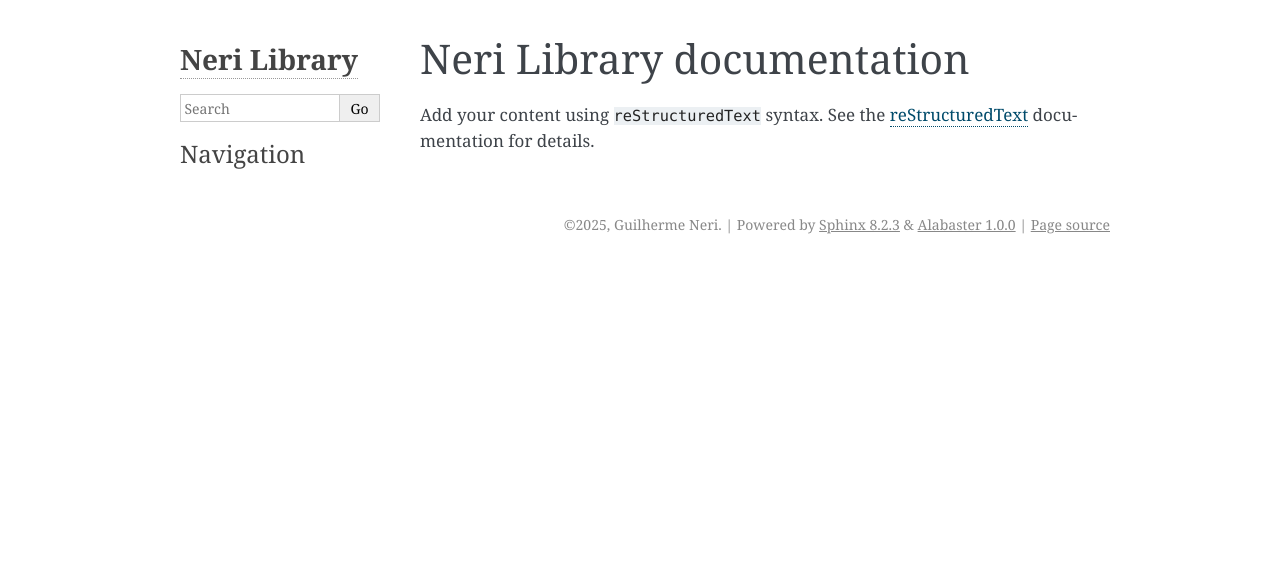
Repository: NeriAzv/Neri-Library
Page: docs/_build/html/index.html
An editor plug-in stored every save of this project. The page is shown before and after the next save, followed by the edit.
The browser window is 1280 px wide. The pictures show the whole page.

Above is the page before, as saved 2025-03-20 16:04:05.

### docs/_build/html/index.html
<!DOCTYPE html>

<html lang="en" data-content_root="./">
  <head>
    <meta charset="utf-8" />
    <meta name="viewport" content="width=device-width, initial-scale=1.0" /><meta name="viewport" content="width=device-width, initial-scale=1" />

    <title>Neri Library documentation &#8212; Neri Library 0.2.0 documentation</title>
    <link rel="stylesheet" type="text/css" href="_static/pygments.css?v=5ecbeea2" />
    <link rel="stylesheet" type="text/css" href="_static/basic.css?v=b08954a9" />
    <link rel="stylesheet" type="text/css" href="_static/alabaster.css?v=27fed22d" />
    <script src="_static/documentation_options.js?v=938c9ccc"></script>
    <script src="_static/doctools.js?v=9bcbadda"></script>
    <script src="_static/sphinx_highlight.js?v=dc90522c"></script>
    <link rel="index" title="Index" href="genindex.html" />
    <link rel="search" title="Search" href="search.html" />

  <link rel="stylesheet" href="_static/custom.css" type="text/css" />





  </head><body>


    <div class="document">
      <div class="documentwrapper">
        <div class="bodywrapper">


          <div class="body" role="main">

  <section id="neri-library-documentation">
<h1>Neri Library documentation<a class="headerlink" href="#neri-library-documentation" title="Link to this heading">¶</a></h1>
<p>Add your content using <code class="docutils literal notranslate"><span class="pre">reStructuredText</span></code> syntax. See the
<a class="reference external" href="https://www.sphinx-doc.org/en/master/usage/restructuredtext/index.html">reStructuredText</a>
documentation for details.</p>
<div class="toctree-wrapper compound">
</div>
</section>


          </div>

        </div>
      </div>
      <div class="sphinxsidebar" role="navigation" aria-label="Main">
        <div class="sphinxsidebarwrapper">
<h1 class="logo"><a href="#">Neri Library</a></h1>









<search id="searchbox" style="display: none" role="search">
    <div class="searchformwrapper">
    <form class="search" action="search.html" method="get">
      <input type="text" name="q" aria-labelledby="searchlabel" autocomplete="off" autocorrect="off" autocapitalize="off" spellcheck="false" placeholder="Search"/>
      <input type="submit" value="Go" />
    </form>
    </div>
</search>
<script>document.getElementById('searchbox').style.display = "block"</script><h3>Navigation</h3>

<div class="relations">
<h3>Related Topics</h3>
<ul>
  <li><a href="#">Documentation overview</a><ul>
  </ul></li>
</ul>
</div>








        </div>
      </div>
      <div class="clearer"></div>
    </div>
    <div class="footer">
      &#169;2025, Guilherme Neri.

      |
      Powered by <a href="https://www.sphinx-doc.org/">Sphinx 8.2.3</a>
      &amp; <a href="https://alabaster.readthedocs.io">Alabaster 1.0.0</a>

      |
      <a href="_sources/index.rst.txt"
          rel="nofollow">Page source</a>
    </div>




  </body>
</html>

### docs/_build/html/_static/pygments.css
pre { line-height: 125%; }
td.linenos .normal { color: inherit; background-color: transparent; padding-left: 5px; padding-right: 5px; }
span.linenos { color: inherit; background-color: transparent; padding-left: 5px; padding-right: 5px; }
td.linenos .special { color: #000000; background-color: #ffffc0; padding-left: 5px; padding-right: 5px; }
span.linenos.special { color: #000000; background-color: #ffffc0; padding-left: 5px; padding-right: 5px; }
.highlight .hll { background-color: #ffffcc }
.highlight { background: #f8f8f8; }
.highlight .c { color: #8F5902; font-style: italic } /* Comment */
.highlight .err { color: #A40000; border: 1px solid #EF2929 } /* Error */
.highlight .g { color: #000 } /* Generic */
.highlight .k { color: #004461; font-weight: bold } /* Keyword */
.highlight .l { color: #000 } /* Literal */
.highlight .n { color: #000 } /* Name */
.highlight .o { color: #582800 } /* Operator */
.highlight .x { color: #000 } /* Other */
.highlight .p { color: #000; font-weight: bold } /* Punctuation */
.highlight .ch { color: #8F5902; font-style: italic } /* Comment.Hashbang */
.highlight .cm { color: #8F5902; font-style: italic } /* Comment.Multiline */
.highlight .cp { color: #8F5902 } /* Comment.Preproc */
.highlight .cpf { color: #8F5902; font-style: italic } /* Comment.PreprocFile */
.highlight .c1 { color: #8F5902; font-style: italic } /* Comment.Single */
.highlight .cs { color: #8F5902; font-style: italic } /* Comment.Special */
.highlight .gd { color: #A40000 } /* Generic.Deleted */
.highlight .ge { color: #000; font-style: italic } /* Generic.Emph */
.highlight .ges { color: #000 } /* Generic.EmphStrong */
.highlight .gr { color: #EF2929 } /* Generic.Error */
.highlight .gh { color: #000080; font-weight: bold } /* Generic.Heading */
.highlight .gi { color: #00A000 } /* Generic.Inserted */
.highlight .go { color: #888 } /* Generic.Output */
.highlight .gp { color: #745334 } /* Generic.Prompt */
.highlight .gs { color: #000; font-weight: bold } /* Generic.Strong */
.highlight .gu { color: #800080; font-weight: bold } /* Generic.Subheading */
.highlight .gt { color: #A40000; font-weight: bold } /* Generic.Traceback */
.highlight .kc { color: #004461; font-weight: bold } /* Keyword.Constant */
.highlight .kd { color: #004461; font-weight: bold } /* Keyword.Declaration */
.highlight .kn { color: #004461; font-weight: bold } /* Keyword.Namespace */
.highlight .kp { color: #004461; font-weight: bold } /* Keyword.Pseudo */
.highlight .kr { color: #004461; font-weight: bold } /* Keyword.Reserved */
.highlight .kt { color: #004461; font-weight: bold } /* Keyword.Type */
.highlight .ld { color: #000 } /* Literal.Date */
.highlight .m { color: #900 } /* Literal.Number */
.highlight .s { color: #4E9A06 } /* Literal.String */
.highlight .na { color: #C4A000 } /* Name.Attribute */
.highlight .nb { color: #004461 } /* Name.Builtin */
.highlight .nc { color: #000 } /* Name.Class */
.highlight .no { color: #000 } /* Name.Constant */
.highlight .nd { color: #888 } /* Name.Decorator */
.highlight .ni { color: #CE5C00 } /* Name.Entity */
.highlight .ne { color: #C00; font-weight: bold } /* Name.Exception */
.highlight .nf { color: #000 } /* Name.Function */
.highlight .nl { color: #F57900 } /* Name.Label */
.highlight .nn { color: #000 } /* Name.Namespace */
.highlight .nx { color: #000 } /* Name.Other */
.highlight .py { color: #000 } /* Name.Property */
.highlight .nt { color: #004461; font-weight: bold } /* Name.Tag */
.highlight .nv { color: #000 } /* Name.Variable */
.highlight .ow { color: #004461; font-weight: bold } /* Operator.Word */
.highlight .pm { color: #000; font-weight: bold } /* Punctuation.Marker */
.highlight .w { color: #F8F8F8 } /* Text.Whitespace */
.highlight .mb { color: #900 } /* Literal.Number.Bin */
.highlight .mf { color: #900 } /* Literal.Number.Float */
.highlight .mh { color: #900 } /* Literal.Number.Hex */
.highlight .mi { color: #900 } /* Literal.Number.Integer */
.highlight .mo { color: #900 } /* Literal.Number.Oct */
.highlight .sa { color: #4E9A06 } /* Literal.String.Affix */
.highlight .sb { color: #4E9A06 } /* Literal.String.Backtick */
.highlight .sc { color: #4E9A06 } /* Literal.String.Char */
.highlight .dl { color: #4E9A06 } /* Literal.String.Delimiter */
.highlight .sd { color: #8F5902; font-style: italic } /* Literal.String.Doc */
.highlight .s2 { color: #4E9A06 } /* Literal.String.Double */
.highlight .se { color: #4E9A06 } /* Literal.String.Escape */
.highlight .sh { color: #4E9A06 } /* Literal.String.Heredoc */
.highlight .si { color: #4E9A06 } /* Literal.String.Interpol */
.highlight .sx { color: #4E9A06 } /* Literal.String.Other */
.highlight .sr { color: #4E9A06 } /* Literal.String.Regex */
.highlight .s1 { color: #4E9A06 } /* Literal.String.Single */
.highlight .ss { color: #4E9A06 } /* Literal.String.Symbol */
.highlight .bp { color: #3465A4 } /* Name.Builtin.Pseudo */
.highlight .fm { color: #000 } /* Name.Function.Magic */
.highlight .vc { color: #000 } /* Name.Variable.Class */
.highlight .vg { color: #000 } /* Name.Variable.Global */
.highlight .vi { color: #000 } /* Name.Variable.Instance */
.highlight .vm { color: #000 } /* Name.Variable.Magic */
.highlight .il { color: #900 } /* Literal.Number.Integer.Long */

### docs/_build/html/_static/alabaster.css
/* -- page layout ----------------------------------------------------------- */

body {
    font-family: Georgia, serif;
    font-size: 17px;
    background-color: #fff;
    color: #000;
    margin: 0;
    padding: 0;
}


div.document {
    width: 940px;
    margin: 30px auto 0 auto;
}

div.documentwrapper {
    float: left;
    width: 100%;
}

div.bodywrapper {
    margin: 0 0 0 220px;
}

div.sphinxsidebar {
    width: 220px;
    font-size: 14px;
    line-height: 1.5;
}

hr {
    border: 1px solid #B1B4B6;
}

div.body {
    background-color: #fff;
    color: #3E4349;
    padding: 0 30px 0 30px;
}

div.body > .section {
    text-align: left;
}

div.footer {
    width: 940px;
    margin: 20px auto 30px auto;
    font-size: 14px;
    color: #888;
    text-align: right;
}

div.footer a {
    color: #888;
}

p.caption {
    font-family: inherit;
    font-size: inherit;
}


div.relations {
    display: none;
}


div.sphinxsidebar {
    max-height: 100%;
    overflow-y: auto;
}

div.sphinxsidebar a {
    color: #444;
    text-decoration: none;
    border-bottom: 1px dotted #999;
}

div.sphinxsidebar a:hover {
    border-bottom: 1px solid #999;
}

div.sphinxsidebarwrapper {
    padding: 18px 10px;
}

div.sphinxsidebarwrapper p.logo {
    padding: 0;
    margin: -10px 0 0 0px;
    text-align: center;
}

div.sphinxsidebarwrapper h1.logo {
    margin-top: -10px;
    text-align: center;
    margin-bottom: 5px;
    text-align: left;
}

div.sphinxsidebarwrapper h1.logo-name {
    margin-top: 0px;
}

div.sphinxsidebarwrapper p.blurb {
    margin-top: 0;
    font-style: normal;
}

div.sphinxsidebar h3,
div.sphinxsidebar h4 {
    font-family: Georgia, serif;
    color: #444;
    font-size: 24px;
    font-weight: normal;
    margin: 0 0 5px 0;
    padding: 0;
}

div.sphinxsidebar h4 {
    font-size: 20px;
}

div.sphinxsidebar h3 a {
    color: #444;
}

div.sphinxsidebar p.logo a,
div.sphinxsidebar h3 a,
div.sphinxsidebar p.logo a:hover,
div.sphinxsidebar h3 a:hover {
    border: none;
}

div.sphinxsidebar p {
    color: #555;
    margin: 10px 0;
}

div.sphinxsidebar ul {
    margin: 10px 0;
    padding: 0;
    color: #000;
}

div.sphinxsidebar ul li.toctree-l1 > a {
    font-size: 120%;
}

div.sphinxsidebar ul li.toctree-l2 > a {
    font-size: 110%;
}

div.sphinxsidebar input {
    border: 1px solid #CCC;
    font-family: Georgia, serif;
    font-size: 1em;
}

div.sphinxsidebar #searchbox {
    margin: 1em 0;
}

div.sphinxsidebar .search > div {
    display: table-cell;
}

div.sphinxsidebar hr {
    border: none;
    height: 1px;
    color: #AAA;
    background: #AAA;

    text-align: left;
    margin-left: 0;
    width: 50%;
}

div.sphinxsidebar .badge {
    border-bottom: none;
}

div.sphinxsidebar .badge:hover {
    border-bottom: none;
}

/* To address an issue with donation coming after search */
div.sphinxsidebar h3.donation {
    margin-top: 10px;
}

/* -- body styles ----------------------------------------------------------- */

a {
    color: #004B6B;
    text-decoration: underline;
}

a:hover {
    color: #6D4100;
    text-decoration: underline;
}

div.body h1,
div.body h2,
div.body h3,
div.body h4,
div.body h5,
div.body h6 {
    font-family: Georgia, serif;
    font-weight: normal;
    margin: 30px 0px 10px 0px;
    padding: 0;
}

div.body h1 { margin-top: 0; padding-top: 0; font-size: 240%; }
div.body h2 { font-size: 180%; }
div.body h3 { font-size: 150%; }
div.body h4 { font-size: 130%; }
div.body h5 { font-size: 100%; }
div.body h6 { font-size: 100%; }

a.headerlink {
    color: #DDD;
    padding: 0 4px;
    text-decoration: none;
}

a.headerlink:hover {
    color: #444;
    background: #EAEAEA;
}

div.body p, div.body dd, div.body li {
    line-height: 1.4em;
}

div.admonition {
    margin: 20px 0px;
    padding: 10px 30px;
    background-color: #EEE;
    border: 1px solid #CCC;
}

div.admonition tt.xref, div.admonition code.xref, div.admonition a tt {
    background-color: #FBFBFB;
    border-bottom: 1px solid #fafafa;
}

div.admonition p.admonition-title {
    font-family: Georgia, serif;
    font-weight: normal;
    font-size: 24px;
    margin: 0 0 10px 0;
    padding: 0;
    line-height: 1;
}

div.admonition p.last {
    margin-bottom: 0;
}

dt:target, .highlight {
    background: #FAF3E8;
}

div.warning {
    background-color: #FCC;
    border: 1px solid #FAA;
}

div.danger {
    background-color: #FCC;
    border: 1px solid #FAA;
    -moz-box-shadow: 2px 2px 4px #D52C2C;
    -webkit-box-shadow: 2px 2px 4px #D52C2C;
    box-shadow: 2px 2px 4px #D52C2C;
}

div.error {
    background-color: #FCC;
    border: 1px solid #FAA;
    -moz-box-shadow: 2px 2px 4px #D52C2C;
    -webkit-box-shadow: 2px 2px 4px #D52C2C;
    box-shadow: 2px 2px 4px #D52C2C;
}

div.caution {
    background-color: #FCC;
    border: 1px solid #FAA;
}

div.attention {
    background-color: #FCC;
    border: 1px solid #FAA;
}

div.important {
    background-color: #EEE;
    border: 1px solid #CCC;
}

div.note {
    background-color: #EEE;
    border: 1px solid #CCC;
}

div.tip {
    background-color: #EEE;
    border: 1px solid #CCC;
}

div.hint {
    background-color: #EEE;
    border: 1px solid #CCC;
}

div.seealso {
    background-color: #EEE;
    border: 1px solid #CCC;
}

div.topic {
    background-color: #EEE;
}

p.admonition-title {
    display: inline;
}

p.admonition-title:after {
    content: ":";
}

pre, tt, code {
    font-family: 'Consolas', 'Menlo', 'DejaVu Sans Mono', 'Bitstream Vera Sans Mono', monospace;
    font-size: 0.9em;
}

.hll {
    background-color: #FFC;
    margin: 0 -12px;
    padding: 0 12px;
    display: block;
}

img.screenshot {
}

tt.descname, tt.descclassname, code.descname, code.descclassname {
    font-size: 0.95em;
}

tt.descname, code.descname {
    padding-right: 0.08em;
}

img.screenshot {
    -moz-box-shadow: 2px 2px 4px #EEE;
    -webkit-box-shadow: 2px 2px 4px #EEE;
    box-shadow: 2px 2px 4px #EEE;
}

table.docutils {
    border: 1px solid #888;
    -moz-box-shadow: 2px 2px 4px #EEE;
    -webkit-box-shadow: 2px 2px 4px #EEE;
    box-shadow: 2px 2px 4px #EEE;
}

table.docutils td, table.docutils th {
    border: 1px solid #888;
    padding: 0.25em 0.7em;
}

table.field-list, table.footnote {
    border: none;
    -moz-box-shadow: none;
    -webkit-box-shadow: none;
    box-shadow: none;
}

table.footnote {
    margin: 15px 0;
    width: 100%;
    border: 1px solid #EEE;
    background: #FDFDFD;
    font-size: 0.9em;
}

table.footnote + table.footnote {
    margin-top: -15px;
    border-top: none;
}

table.field-list th {
    padding: 0 0.8em 0 0;
}

table.field-list td {
    padding: 0;
}

table.field-list p {
    margin-bottom: 0.8em;
}

/* Cloned from
 * https://github.com/sphinx-doc/sphinx/commit/ef60dbfce09286b20b7385333d63a60321784e68
 */
.field-name {
    -moz-hyphens: manual;
    -ms-hyphens: manual;
    -webkit-hyphens: manual;
    hyphens: manual;
}

table.footnote td.label {
    width: .1px;
    padding: 0.3em 0 0.3em 0.5em;
}

table.footnote td {
    padding: 0.3em 0.5em;
}

dl {
    margin-left: 0;
    margin-right: 0;
    margin-top: 0;
    padding: 0;
}

dl dd {
    margin-left: 30px;
}

blockquote {
    margin: 0 0 0 30px;
    padding: 0;
}

ul, ol {
    /* Matches the 30px from the narrow-screen "li > ul" selector below */
    margin: 10px 0 10px 30px;
    padding: 0;
}

pre {
    background: unset;
    padding: 7px 30px;
    margin: 15px 0px;
    line-height: 1.3em;
}

div.viewcode-block:target {
    background: #ffd;
}

dl pre, blockquote pre, li pre {
    margin-left: 0;
    padding-left: 30px;
}

tt, code {
    background-color: #ecf0f3;
    color: #222;
    /* padding: 1px 2px; */
}

tt.xref, code.xref, a tt {
    background-color: #FBFBFB;
    border-bottom: 1px solid #fff;
}

a.reference {
    text-decoration: none;
    border-bottom: 1px dotted #004B6B;
}

a.reference:hover {
    border-bottom: 1px solid #6D4100;
}

/* Don't put an underline on images */
a.image-reference, a.image-reference:hover {
    border-bottom: none;
}

a.footnote-reference {
    text-decoration: none;
    font-size: 0.7em;
    vertical-align: top;
    border-bottom: 1px dotted #004B6B;
}

a.footnote-reference:hover {
    border-bottom: 1px solid #6D4100;
}

a:hover tt, a:hover code {
    background: #EEE;
}

@media screen and (max-width: 940px) {

    body {
        margin: 0;
        padding: 20px 30px;
    }

    div.documentwrapper {
        float: none;
        background: #fff;
        margin-left: 0;
        margin-top: 0;
        margin-right: 0;
        margin-bottom: 0;
    }

    div.sphinxsidebar {
        display: block;
        float: none;
        width: unset;
        margin: 50px -30px -20px -30px;
        padding: 10px 20px;
        background: #333;
        color: #FFF;
    }

    div.sphinxsidebar h3, div.sphinxsidebar h4, div.sphinxsidebar p,
    div.sphinxsidebar h3 a {
        color: #fff;
    }

    div.sphinxsidebar a {
        color: #AAA;
    }

    div.sphinxsidebar p.logo {
        display: none;
    }

    div.document {
        width: 100%;
        margin: 0;
    }

    div.footer {
        display: none;
    }

    div.bodywrapper {
        margin: 0;
    }

    div.body {
        min-height: 0;
        min-width: auto; /* fixes width on small screens, breaks .hll */
        padding: 0;
    }

    .hll {
        /* "fixes" the breakage */
        width: max-content;
    }

    .rtd_doc_footer {
        display: none;
    }

    .document {
        width: auto;
    }

    .footer {
        width: auto;
    }

    .github {
        display: none;
    }

    ul {
        margin-left: 0;
    }

    li > ul {
       /* Matches the 30px from the "ul, ol" selector above */
        margin-left: 30px;
    }
}


/* misc. */

.revsys-inline {
    display: none!important;
}

/* Hide ugly table cell borders in ..bibliography:: directive output */
table.docutils.citation, table.docutils.citation td, table.docutils.citation th {
  border: none;
  /* Below needed in some edge cases; if not applied, bottom shadows appear */
  -moz-box-shadow: none;
  -webkit-box-shadow: none;
  box-shadow: none;
}


/* relbar */

.related {
    line-height: 30px;
    width: 100%;
    font-size: 0.9rem;
}

.related.top {
    border-bottom: 1px solid #EEE;
    margin-bottom: 20px;
}

.related.bottom {
    border-top: 1px solid #EEE;
}

.related ul {
    padding: 0;
    margin: 0;
    list-style: none;
}

.related li {
    display: inline;
}

nav#rellinks {
    float: right;
}

nav#rellinks li+li:before {
    content: "|";
}

nav#breadcrumbs li+li:before {
    content: "\00BB";
}

/* Hide certain items when printing */
@media print {
    div.related {
        display: none;
    }
}

img.github  {
    position: absolute;
    top: 0;
    border: 0;
    right: 0;
}

Loaded but not shown: docs/_build/html/_static/documentation_options.js (common file); docs/_build/html/_static/custom.css (common file); docs/_build/html/_static/sphinx_highlight.js (154 lines, source omitted); docs/_build/html/_static/doctools.js (149 lines, source omitted); docs/_build/html/_static/basic.css (906 lines, source omitted)

After the next save:
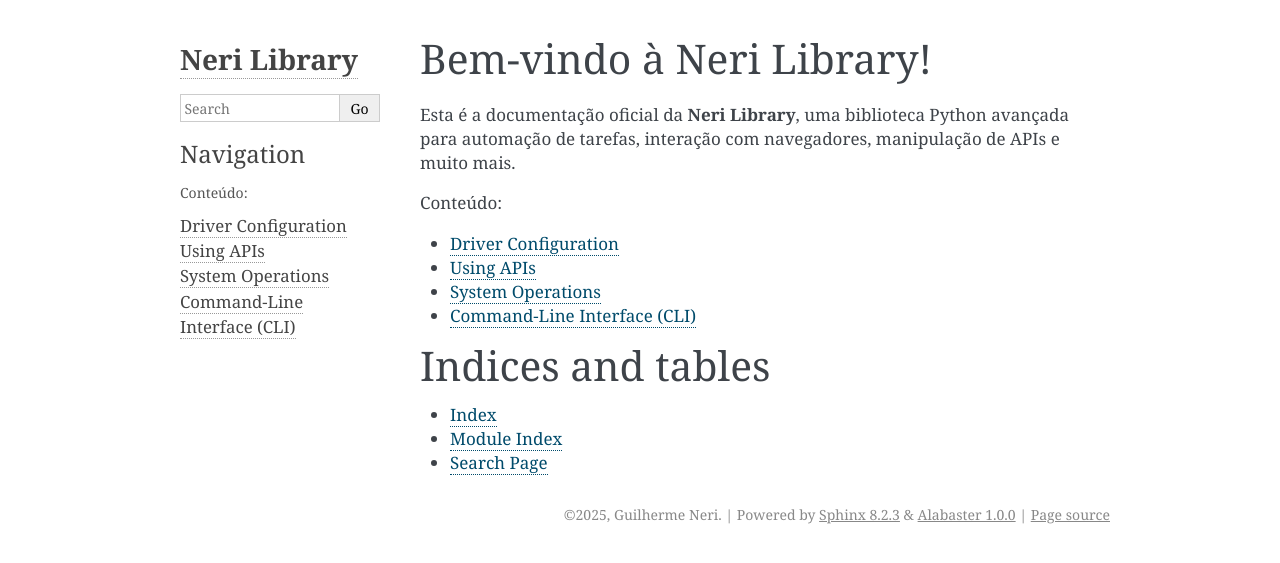
Saved 14 days later.
--- a/docs/_build/html/index.html
+++ b/docs/_build/html/index.html
@@ -5,7 +5,7 @@
     <meta charset="utf-8" />
     <meta name="viewport" content="width=device-width, initial-scale=1.0" /><meta name="viewport" content="width=device-width, initial-scale=1" />
 
-    <title>Neri Library documentation &#8212; Neri Library 0.2.0 documentation</title>
+    <title>Bem-vindo à Neri Library! &#8212; Neri Library 0.2.0 documentation</title>
     <link rel="stylesheet" type="text/css" href="_static/pygments.css?v=5ecbeea2" />
     <link rel="stylesheet" type="text/css" href="_static/basic.css?v=b08954a9" />
     <link rel="stylesheet" type="text/css" href="_static/alabaster.css?v=27fed22d" />
@@ -14,6 +14,7 @@
     <script src="_static/sphinx_highlight.js?v=dc90522c"></script>
     <link rel="index" title="Index" href="genindex.html" />
     <link rel="search" title="Search" href="search.html" />
+    <link rel="next" title="Driver Configuration" href="driver.html" />
 
   <link rel="stylesheet" href="_static/custom.css" type="text/css" />
 
@@ -31,13 +32,26 @@
 
           <div class="body" role="main">
 
-  <section id="neri-library-documentation">
-<h1>Neri Library documentation<a class="headerlink" href="#neri-library-documentation" title="Link to this heading">¶</a></h1>
-<p>Add your content using <code class="docutils literal notranslate"><span class="pre">reStructuredText</span></code> syntax. See the
-<a class="reference external" href="https://www.sphinx-doc.org/en/master/usage/restructuredtext/index.html">reStructuredText</a>
-documentation for details.</p>
+  <section id="bem-vindo-a-neri-library">
+<h1>Bem-vindo à Neri Library!<a class="headerlink" href="#bem-vindo-a-neri-library" title="Link to this heading">¶</a></h1>
+<p>Esta é a documentação oficial da <strong>Neri Library</strong>, uma biblioteca Python avançada para automação de tarefas, interação com navegadores, manipulação de APIs e muito mais.</p>
 <div class="toctree-wrapper compound">
+<p class="caption" role="heading"><span class="caption-text">Conteúdo:</span></p>
+<ul>
+<li class="toctree-l1"><a class="reference internal" href="driver.html">Driver Configuration</a></li>
+<li class="toctree-l1"><a class="reference internal" href="api.html">Using APIs</a></li>
+<li class="toctree-l1"><a class="reference internal" href="system.html">System Operations</a></li>
+<li class="toctree-l1"><a class="reference internal" href="cli.html">Command-Line Interface (CLI)</a></li>
+</ul>
 </div>
+</section>
+<section id="indices-and-tables">
+<h1>Indices and tables<a class="headerlink" href="#indices-and-tables" title="Link to this heading">¶</a></h1>
+<ul class="simple">
+<li><p><a class="reference internal" href="genindex.html"><span class="std std-ref">Index</span></a></p></li>
+<li><p><a class="reference internal" href="py-modindex.html"><span class="std std-ref">Module Index</span></a></p></li>
+<li><p><a class="reference internal" href="search.html"><span class="std std-ref">Search Page</span></a></p></li>
+</ul>
 </section>
 
 
@@ -66,11 +80,19 @@ documentation for details.</p>
     </div>
 </search>
 <script>document.getElementById('searchbox').style.display = "block"</script><h3>Navigation</h3>
+<p class="caption" role="heading"><span class="caption-text">Conteúdo:</span></p>
+<ul>
+<li class="toctree-l1"><a class="reference internal" href="driver.html">Driver Configuration</a></li>
+<li class="toctree-l1"><a class="reference internal" href="api.html">Using APIs</a></li>
+<li class="toctree-l1"><a class="reference internal" href="system.html">System Operations</a></li>
+<li class="toctree-l1"><a class="reference internal" href="cli.html">Command-Line Interface (CLI)</a></li>
+</ul>
 
 <div class="relations">
 <h3>Related Topics</h3>
 <ul>
   <li><a href="#">Documentation overview</a><ul>
+      <li>Next: <a href="driver.html" title="next chapter">Driver Configuration</a></li>
   </ul></li>
 </ul>
 </div>
